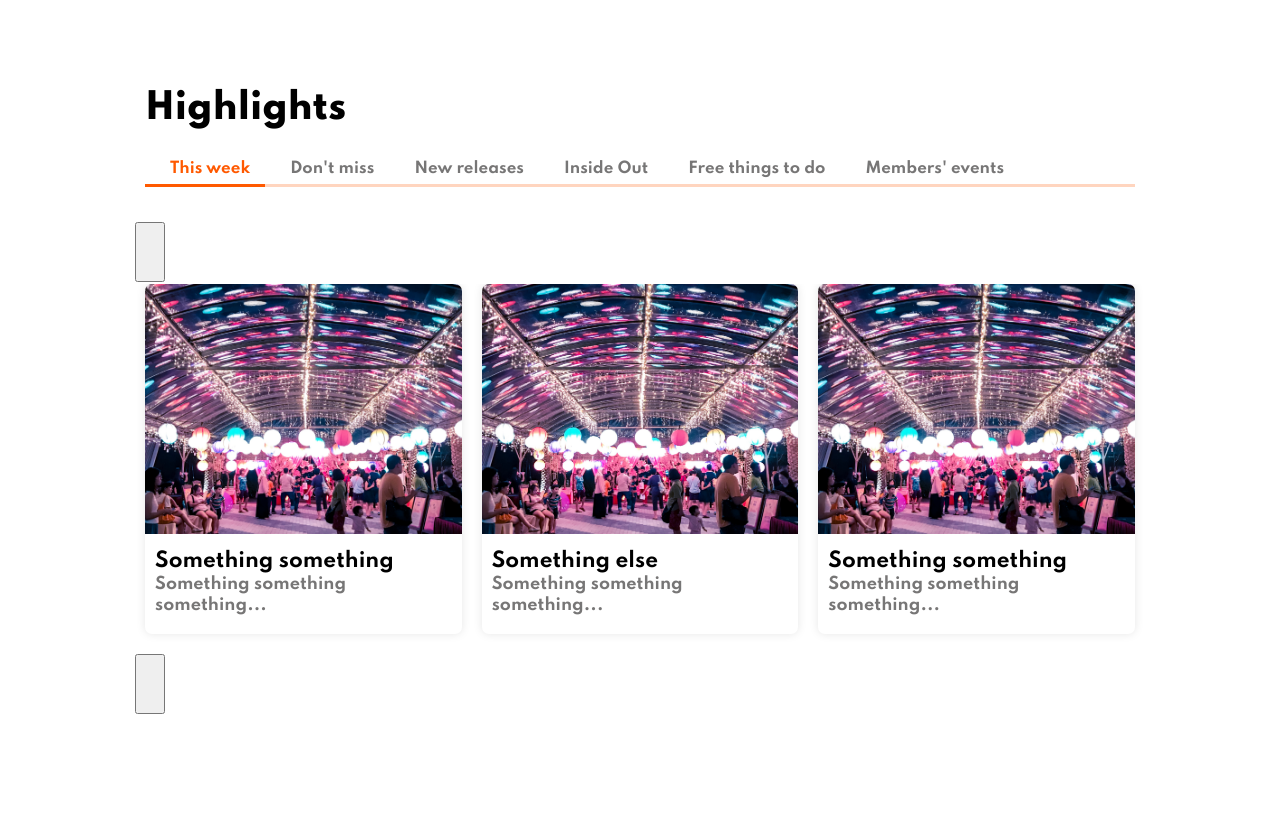
Repository: vvogt/fameworks_vv
Page: /
These files come from the project's save history. The page is drawn as it stood at one moment and after the next save; the edit follows.
The browser window is 1280 px wide. The pictures show the part of the page from y = 607 to 1423 px (the page is 2420 px tall).
Pictures or frames that could not be fetched are drawn as grey boxes. Backgrounds fixed to the window are drawn as part of the page. The project was rebuilt for these pictures with package versions that can differ from the ones it lists, and the page was loaded fresh each time. Also part of the build but not shown: src/components/NotFound.js. Imported but missing from the stored project, and not drawn on this page: src/assets/videos/seald_fullhd.mp4.

Above is the page before, as saved 2020-04-27 16:41:39.

### public/index.html
<!DOCTYPE html>
<html lang="en">
  <head>
    <meta charset="utf-8" />
    <link rel="icon" href="%PUBLIC_URL%/favicon.ico" />
    <link href="https://fonts.googleapis.com/css2?family=Spartan:wght@200;300;400;500;531;600;700;800;900&display=swap"
      rel="stylesheet">
    <meta name="viewport" content="width=device-width, initial-scale=1" />
    <meta name="theme-color" content="#000000" />
    <meta
      name="description"
      content="Web site created using create-react-app"
    />
    <!--
      manifest.json provides metadata used when your web app is installed on a
      user's mobile device or desktop. See https://developers.google.com/web/fundamentals/web-app-manifest/
    -->
    <link rel="manifest" href="%PUBLIC_URL%/manifest.json" />
    <!--
      Notice the use of %PUBLIC_URL% in the tags above.
      It will be replaced with the URL of the `public` folder during the build.
      Only files inside the `public` folder can be referenced from the HTML.

      Unlike "/favicon.ico" or "favicon.ico", "%PUBLIC_URL%/favicon.ico" will
      work correctly both with client-side routing and a non-root public URL.
      Learn how to configure a non-root public URL by running `npm run build`.
    -->
  </head>
  <body>
    <noscript>You need to enable JavaScript to run this app.</noscript>
    <div id="root"></div>
    <!--
      This HTML file is a template.
      If you open it directly in the browser, you will see an empty page.

      You can add webfonts, meta tags, or analytics to this file.
      The build step will place the bundled scripts into the <body> tag.

      To begin the development, run `npm start` or `yarn start`.
      To create a production bundle, use `npm run build` or `yarn build`.
    -->
  </body>
</html>

### src/scss/global.scss
// # SETTINGS
@import 'settings.variables';

// # TOOLS
@import 'tools.mixins';
@import 'tools.units';

// # BASE
@import 'base.normalize';
@import 'base.reset';
@import 'base.body';

//COMPONENTS

@import 'components.header';
@import 'components.hero';
@import 'components.section';
@import 'components.parallaxSection';

### src/scss/_settings.variables.scss
/* ------------------------------------------
   settings.VARIABLES
------------------------------------------ */

// Fonts
$font: 'Spartan', sans-serif;

$font_btn: rem-calc(15);

// Colors
$black: #000000;
$gray-dark: #777676;
$white: #ffffff;
$orange: #ff5900;
$orange-drkr: #e65000;

// Layout
$gutter: 20px;

// Animations
$transition-in: 0.1s;
$transition-out: 0.3s;

// Box Shadow
$shadow_light: 1px 2px 2px rgba($black, 0.1);
$shadow_dark: 1px 2px 2px rgba($black, 0.2);

// Padding
$padding_lr_1: 240px;
$padding_lr_2: 140px;
$padding_lr_3: 80px;
$padding_lr_4: 20px;

### src/scss/_tools.mixins.scss
/* ------------------------------------------
   tools.MIXINS
------------------------------------------ */

@mixin clearfix() {
  &:before, &:after {
    content: " ";
    display: table;
  }
  &:after {
    clear: both;
  }
}

@mixin un-clearfix() {
  &:before, &:after {
    content: none;
    display: auto;
  }
  &:after {
    clear: none;
  }
}

// Image Replacement

@mixin ir() {
  border: 0;
  font: 0/0 a;
  text-shadow: none;
  color: transparent;
  // background: url(test.png);
  // width: 300px;
  // height: 75px;
}

// Hide only visually, but have it available for screen readers:
// http://snook.ca/archives/html_and_css/hiding-content-for-accessibility

@mixin visuallyhidden() {
    border: 0;
    clip: rect(0 0 0 0);
    height: 1px;
    margin: -1px;
    overflow: hidden;
    padding: 0;
    position: absolute;
    width: 1px;
}


//  ## Media query and orietation mixins
//  ==================================================
//  http://alwaystwisted.com/post.php?s=2013-04-01-my-media-query-mixin


@mixin mq($point, $query1: min, $query2: width) {
  @media screen and (#{$query1}-#{$query2}: strip-unit($point) / 16 +em) {
    @content;
  }
}

@mixin orient($orientation: landscape) {
  @media (orientation : $orientation) {
    @content;
  }
}

@mixin setLRPadding($padding-lr4: 20px, $padding-lr3: 80px, $padding-lr2: 140px, $padding-lr1: 240px) {
  padding-left: $padding-lr4;
  padding-right: $padding-lr4;

   @include mq(600) {
      padding-left: $padding-lr3;
      padding-right: $padding-lr3;
   }

   @include mq(1150) {
      padding-left: $padding-lr2;
      padding-right: $padding-lr2;
   }

   @include mq(1400) {
      padding-left: $padding-lr1;
      padding-right: $padding-lr1;
   }
}

@mixin setLRPadding-preview($padding-lr4: 15px, $padding-lr3: 75px, $padding-lr2: 135px, $padding-lr1: 235px) {
  padding-left: $padding-lr4;
  padding-right: $padding-lr4;

   @include mq(600) {
      padding-left: $padding-lr3;
      padding-right: $padding-lr3;
   }

   @include mq(1150) {
      padding-left: $padding-lr2;
      padding-right: $padding-lr2;
   }

   @include mq(1400) {
      padding-left: $padding-lr1;
      padding-right: $padding-lr1;
   }
}

### src/scss/_tools.units.scss
// Foundation for Sites by ZURB
// foundation.zurb.com
// Licensed under MIT Open Source

////
/// @group functions
////

$global-font-size: 100% !default;

// scss-lint:disable ZeroUnit

/// Removes the unit (e.g. px, em, rem) from a value, returning the number only.
///
/// @param {Number} $num - Number to strip unit from.
///
/// @returns {Number} The same number, sans unit.
@function strip-unit($num) {
  @return $num / ($num * 0 + 1);
}

/// Converts one or more pixel values into matching rem values.
///
/// @param {Number|List} $values - One or more values to convert. Be sure to separate them with spaces and not commas. If you need to convert a comma-separated list, wrap the list in parentheses.
/// @param {Number} $base [null] - The base value to use when calculating the `rem`. If you're using Foundation out of the box, this is 16px. If this parameter is `null`, the function will reference the `$base-font-size` variable as the base.
///
/// @returns {List} A list of converted values.
@function rem-calc($values, $base: null) {
  $rem-values: ();
  $count: length($values);

  // If no base is defined, defer to the global font size
  @if $base == null {
    $base: $global-font-size;
  }

  // If the base font size is a %, then multiply it by 16px
  // This is because 100% font size = 16px in most all browsers
  @if unit($base) == '%' {
    $base: ($base / 100%) * 16px;
  }

  @if $count == 1 {
    @return -zf-to-rem($values, $base);
  }

  @for $i from 1 through $count {
    $rem-values: append($rem-values, -zf-to-rem(nth($values, $i), $base));
  }

  @return $rem-values;
}

// Converts a unitless, pixel, or rem value to em, for use in breakpoints.
@function -zf-bp-to-em($value) {
  // Pixel and unitless values are converted to rems
  @if unit($value) == 'px' or unitless($value) {
    $value: rem-calc($value, $base: 16px);
  }

  // Then the value is converted to ems
  @return strip-unit($value) * 1em;
}

/// Converts a pixel value to matching rem value. *Any* value passed, regardless of unit, is assumed to be a pixel value. By default, the base pixel value used to calculate the rem value is taken from the `$global-font-size` variable.
/// @access private
///
/// @param {Number} $value - Pixel value to convert.
/// @param {Number} $base [null] - Base for pixel conversion.
///
/// @returns {Number} A number in rems, calculated based on the given value and the base pixel value. rem values are passed through as is.
@function -zf-to-rem($value, $base: null) {
  // Check if the value is a number
  @if type-of($value) != 'number' {
    @warn inspect($value) + ' was passed to rem-calc(), which is not a number.';
    @return $value;
  }

  // Calculate rem if units for $value is not rem
  @if unit($value) != 'rem' {
    $value: strip-unit($value) / strip-unit($base) * 1rem;
  }

  // Turn 0rem into 0
  @if $value == 0rem {
    $value: 0;
  }

  @return $value;
}

### src/scss/_base.reset.scss
/* ------------------------------------------
  generic.RESET
------------------------------------------ */

* {
  box-sizing: border-box;
}

img,
iframe {
  max-width: 100%;
  height: auto;
}

h1,h2,h3,h4,h5,h6,
p,blockquote,pre,
dl,dd,ol,ul,
form,fieldset,legend,
table,th,td,caption,
hr,figure {
  margin:0;
  padding:0;
}

li {
  list-style: none;
}

::selection {

}

### src/scss/_base.body.scss
body {
  font-family: $font;
  font-size: rem-calc(14);
  line-height: rem-calc(18);
  font-weight: 400;
  color: $black;
  background-color: $white;
  margin: 0px;
  padding: 0px;
}

p {
  font-family: $font;
  font-size: rem-calc(10);
  line-height: rem-calc(25);
  color: $black;
  font-weight: 400;

  @include mq(350) {
    font-size: rem-calc(13);
    line-height: rem-calc(18);
  }

  @include mq(1000) {
    font-size: rem-calc(16);
    line-height: rem-calc(21);
  }
}

a {
  color: $black;
  text-decoration: none;

  &:hover {
    text-decoration: none;
    color: $white;
  }
}

h1,
h2,
h3,
h4,
h5 {
  font-weight: 700;
}

h1 {
  font-weight: 1000;
  font-size: rem-calc(35);
  line-height: rem-calc(43);

  @include mq(750) {
    font-size: rem-calc(45);
    line-height: rem-calc(55);
  }

  @include mq(950) {
    font-size: rem-calc(60);
    line-height: rem-calc(70);
  }

  @include mq(1100) {
    font-size: rem-calc(70);
    line-height: rem-calc(82);
  }

}

h2 {
   font-size: rem-calc(35);
   font-weight: 800;
}

h3 {
  font-size: rem-calc(20);
  line-height: rem-calc(25);
}

h4 {
  font-size: rem-calc(18);
  line-height: rem-calc(21);
}

h5 {
  font-size: rem-calc(14);
  line-height: rem-calc(18);
}

.wrapper {
  width: 100%;
  margin: 0 auto;
  background-color: $white;
  overflow: hidden;
}

### src/scss/_components.header.scss
.header {
   background-color: $orange;
   width: 100%;
   display: flex;
   flex-direction: column;
   color: white;

   &__main {
      height: 55px;
      width: 100%;
      display: flex;
      flex-direction: row;
      justify-content: space-between;
      align-items: center;
      padding-left: $padding-lr_4;
      padding-right: $padding-lr_4;

      @include mq(400) {
         height: 68.3px;
      }

      @include mq(500) {
         height: 81.6px;
      }

      @include setLRPadding;

      .logo {
         font-weight: 800;
         font-size: rem-calc(20);
         letter-spacing: rem-calc(-1.5);

         @include mq(400) {

         }

         @include mq(500) {

         }

         @include mq(600) {
            font-size: rem-calc(40);
         }
      }

      &__right {
         display: flex;
         flex-direction: row;
         flex-wrap: nowrap;
         align-items: center;
         justify-content: right;
         display: flex;

         @include mq(770) {
            width: 340px;
         }

         @include mq(1000) {
            width: 440px;
         }

         input {
            width: 220px;
            height: 42.5px;
            border-radius: 4px;
            box-shadow: inset 0 0 20px rgba(0,0,0,0.1);
            background-color: $orange-drkr;
            border: 1px solid;
            border-color: rgba(0,0,0,0.1);
            color: $white;
            padding: 0px 15px;
            line-height: 1;
            padding: .75em 1em;
            font-weight: 300;
            transition: background-color 0.2s ease-in;

            @include mq(1000) {
               width: 320px;
            }

            &:focus {
               outline: none;
               background-color: darken($orange-drkr, 5%);
               transition: background-color 0.1s ease-in;

            }
         }

         .search-icon {
            width: 20px;
            height: 20px;
         }

         .login {
            display: flex;
            flex-direction: row;
            flex-wrap: nowrap;
            align-items: center;
            font-weight: 800;
            margin-left: 20px;
            white-space: nowrap;

            img {
               position: relative;
               width: 30px;
               height: 30px;

               @include mq(770) {
                  top: -3px;
                  width: 20px;
                  height: 20px;
                  margin-left: 0px;
                  margin-right: 5px;
               }
            }

            span {
               display: none;

               @include mq(770) {
                  display: inline;
               }
            }
         }

         .search-icon {
            display: inline;
            width: 30px;
            height: 30px;

            @include mq(770) {
               display: none;
            }
         }

         input {
            display: none;

            @include mq(770) {
               display: inline;
            }
         }
      }
   }

   &__nav {
      height: 55px;
      border-top: 1px $white solid;
      border-color: rgba(255, 255, 255, 0.5);
      padding-left: $padding-lr_4;
      overflow: scroll;
      -ms-overflow-style: none;  // IE 10+
      overflow: -moz-scrollbars-none;  // Firefox

      &::-webkit-scrollbar {
         display: none;
      }

      @include mq(600) {
         padding-left: $padding-lr_3;
      }

      @include mq(1000) {
         padding-left: $padding-lr_2;
      }

      @include mq(1400) {
         padding-left: $padding-lr_1;
      }

      ul {
         font-weight: 800;
         display: flex;
         flex-direction: row;
         width: 1000px;
         height: 100%;
         justify-content: space-between;
         align-items: center;
      }
   }
}

### src/scss/_components.hero.scss
.hero {
   background-color: rgb(104, 104, 104);
   height: 300px;
   position: relative;

   @include setLRPadding();

   @include mq(750) {
      height: calc(100vh - 250px);
   }

   &__content {
      position: absolute;
      z-index: 2;
      margin-top: 200px;
      margin-bottom: 200px;

      h1, p {
         color: $white;
      }

      p {
         width: 70%;
      }
   }

   &__bgVideo {
      position: absolute;
      object-fit: cover;
      left: 0;
      right: 0;
      width: 100%;
      height: 100%;
      background-position: center;
   }
}

### src/scss/_components.section.scss
.section_previews {
   padding-top: rem-calc(100);
   padding-bottom: rem-calc(100);
   @include setLRPadding-preview;

   h2 {
      margin-bottom: 35px;
      padding-left: 10px;
   }

   button {
      width: 30px;
      height: 60px;
   }

   .articlePreviews {
      overflow: hidden;
      padding-left: 10px;
      padding-right: 10px;
      padding-bottom: 10px;

      .arrow {
         border-radius: 10px;
      }

      ul {
         width: 100%;
         display: flex;
         flex-direction: row;
         flex-wrap: none;
         justify-content: space-between;

         li {
            width: calc((100% - 40px) / 3);
            margin-left: 10px;
            margin-right: 10px;
            flex-shrink: 0;

            &:first-of-type {
               margin-left: 0px;
            }

            &:last-of-type {
               margin-right: 0px;
            }

            &:last-of-type:after {
               content:'';
               display: block;
               position: relative;
               float: right;
               left: 10px;
               top: -10px;
               height: 10px;
               width: 10px;
               z-index: -1;
            }
         }

         p, h3 {
            font-weight: 700;
         }

         p {
            color: $gray-dark;
         }
      }
   }

   .articlePreview {
      height: 350px;
      border-radius: 7px;
      overflow: hidden;
      box-shadow: 0 0 10px 0 rgba(0,0,0,0.1);

      &__image {
         background-color: rgb(109, 109, 109);
      }

      &__description {
         padding: 15px 10px;
      }
   }

   .categoryTabs {
      width: 100%;
      margin-bottom: 35px;
      padding-left: 10px;
      padding-right: 10px;

      h3 {
         font-size: 15px;
         color: $gray-dark;
         font-weight: 700;
         padding-left: 10px;
      }

      ul {
         display: flex;
         flex-direction: row;
         -ms-flex-align: left;

         li {
            padding: 3px 15px;
            border-bottom: 3px solid rgba($orange, .25);
            cursor: default;
         }

         li.active {
            border-bottom: 3px solid $orange;

            h3 {
               color: $orange;
            }
         }

         li:hover:not(:last-of-type):not(.active) {
            border-bottom: 3px solid $orange;

            h3 {
               color: $black;
            }
         }

         li:last-of-type {
            flex-grow: 1;
         }
      }
   }


}

### src/scss/_components.parallaxSection.scss
.section_parallax {
   background-color: rgb(255, 162, 162);
   padding-top: 90px;
   padding-bottom: 90px;
   @include setLRPadding;
   display: flex;
   flex-wrap: nowrap;
   justify-content: space-between;

   &__left {
      max-width: 450px;

      h2, p{
         color: $white
      }

      p {
         margin-top: 15px;
      }
   }

   &__right {
      display: flex;
      flex-direction: column;
      justify-content: center;

      button {
         border-style: none;
         border-radius: 5px;
         padding: 20px 20px;
         font-weight: 800;
      }
   }
}

Loaded but not shown: src/serviceWorker.js (common file); src/components/Main.js (327 lines, source omitted); src/components/Section.js (132 lines, source omitted); src/components/Header.js (46 lines, source omitted); src/components/Hero.js (34 lines, source omitted); src/components/ParallaxSection.js (21 lines, source omitted); src/index.js (12 lines, source omitted); src/components/Router.js (15 lines, source omitted); src/helpers.js (13 lines, source omitted); src/scss/_base.normalize.scss (423 lines, source omitted)

After the next save:
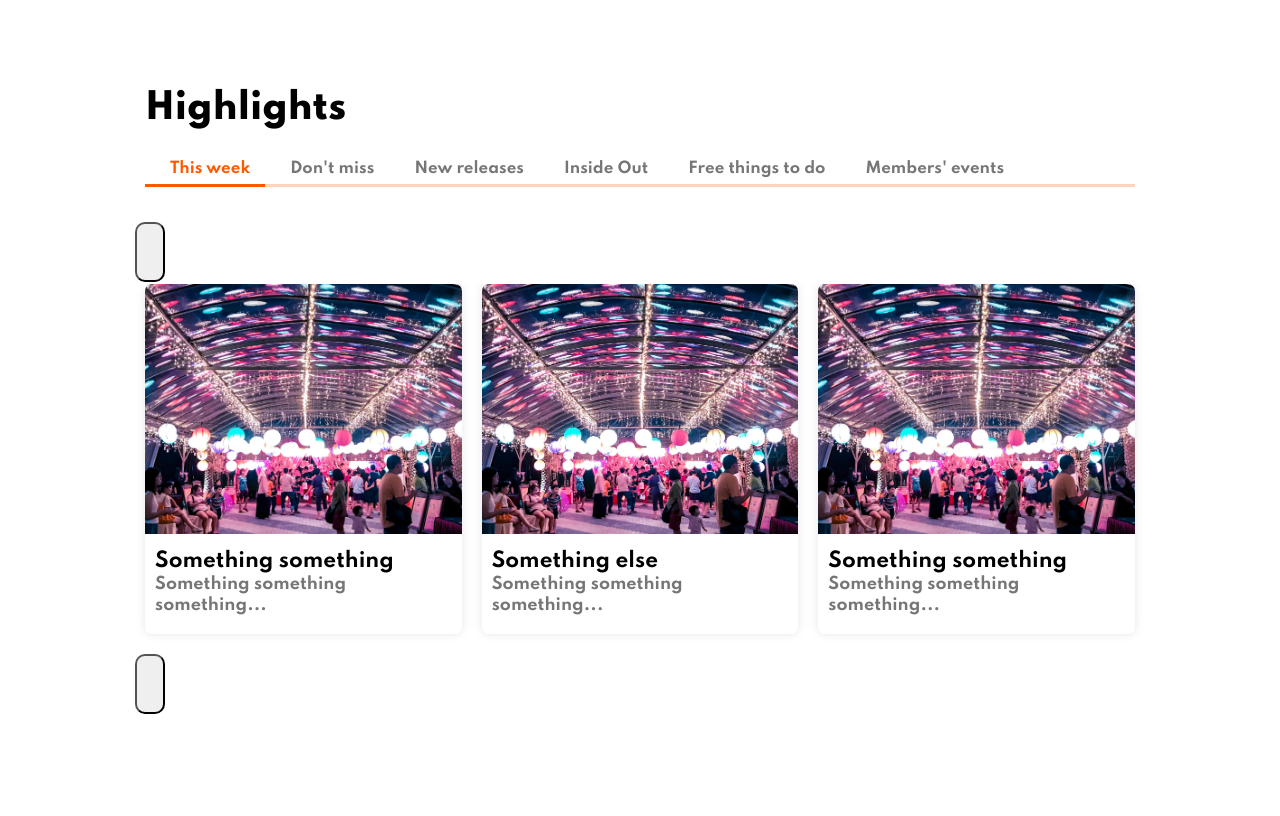
Saved 26 s later.
--- a/src/scss/_components.section.scss
+++ b/src/scss/_components.section.scss
@@ -13,15 +13,15 @@
       height: 60px;
    }
 
+   .arrow {
+      border-radius: 10px;
+   }
+
    .articlePreviews {
       overflow: hidden;
       padding-left: 10px;
       padding-right: 10px;
       padding-bottom: 10px;
-
-      .arrow {
-         border-radius: 10px;
-      }
 
       ul {
          width: 100%;
